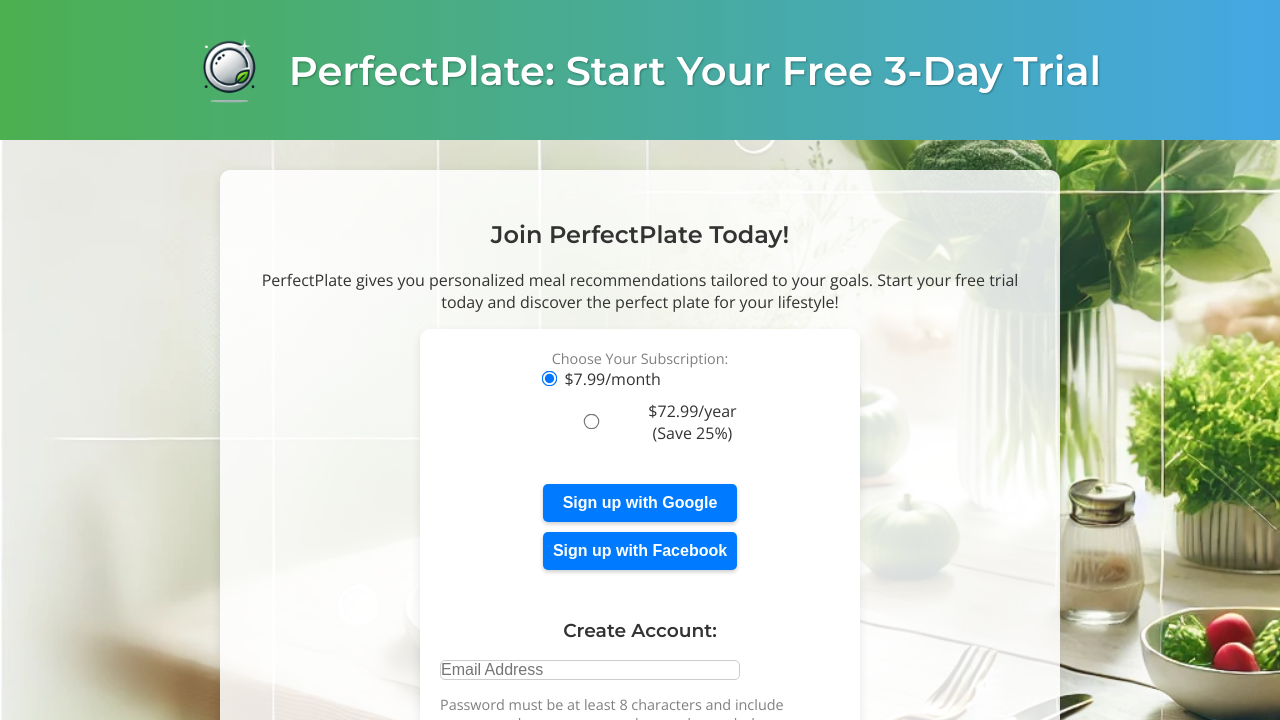
Repository: nikwhite1169/perfectplate
Page: signup.html
The author's editor kept a copy of each file at every save. The page is drawn from the files as they stood at one save, then again after the next save.
The browser window is 1280 px wide. The pictures show the whole page.
An inner scrolling area shows only its first screen.

Above is the page before, as saved 2025-01-13 15:33:44.
Console error: TypeError: Cannot read properties of null (reading 'addEventListener')

After the next save:
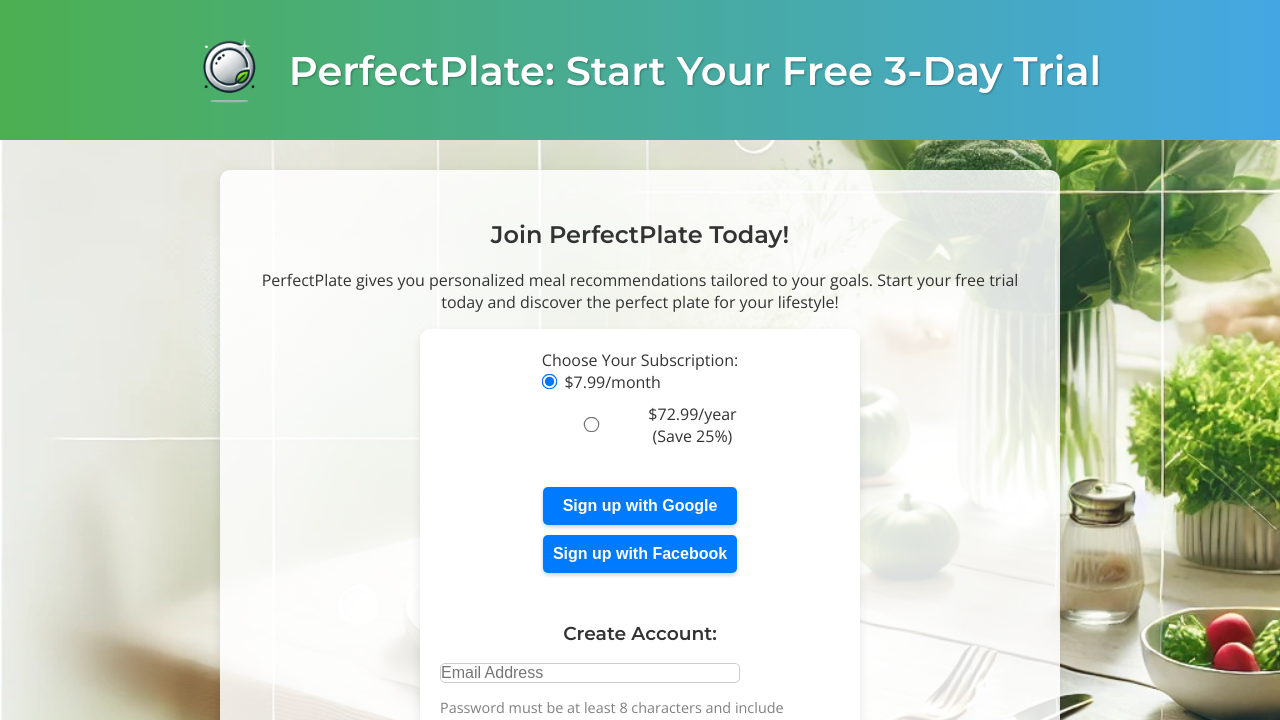
Saved 72 s later.
--- a/signup.html
+++ b/signup.html
@@ -31,15 +31,15 @@
       <div class="form-container">
         <!-- Subscription Options -->
         <div class="form-group" id="subscription-options-group">
-          <label class="hint">
+          <label class="subscription-header">
             Choose Your Subscription:
           </label>
           <div id="subscription-options">
-            <label>
+            <label class="radio-label">
               <input type="radio" id="monthly" name="subscription" value="monthly" checked />
               $7.99/month
             </label>
-            <label>
+            <label class="radio-label">
               <input type="radio" id="yearly" name="subscription" value="yearly" />
               $72.99/year (Save 25%)
             </label>
